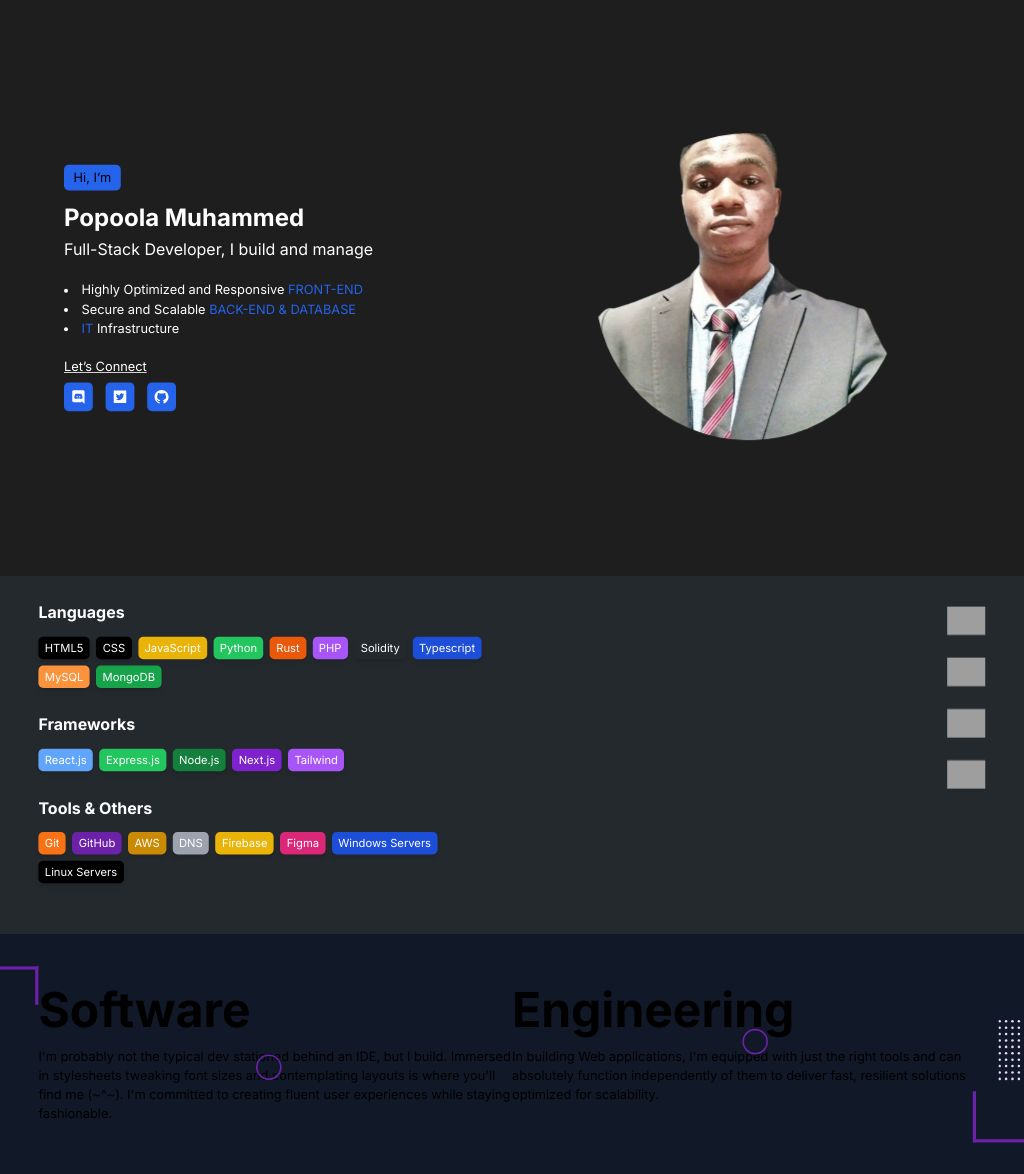
Repository: muhammedctgr/hammedctgr
Page: /
These files come from the project's save history. The page is drawn as it stood at one moment and after the next save; the edit follows.
The browser window is 1280 px wide. The pictures show the whole page, at 80% of full size.
Pictures or frames that could not be fetched are drawn as grey boxes. The project was rebuilt for these pictures with package versions that can differ from the ones it lists, and the page was loaded fresh each time. The framework's server and built-in components were replaced by stand-ins that run in the browser. Also part of the build but not shown: next.config.mjs.

Above is the page before, as saved 2024-08-04 21:33:34.

### app/layout.tsx
import type { Metadata } from "next";
import { Inter } from "next/font/google";
import "./globals.css";

const inter = Inter({ subsets: ["latin"] });

export const metadata: Metadata = {
  title: "Popoola Muhammed",
  description: "Generated by create next app",
};

export default function RootLayout({
  children,
}: Readonly<{
  children: React.ReactNode;
}>) {
  return (
    <html lang="en">
      <body className={inter.className}>{children}</body>
    </html>
  );
}

### app/page.tsx
import Head from 'next/head';
import Hero from '../components/Hero';
import SkillsSection from '@/components/SkillsSection';
import SummarySection from '@/components/SummarySection';


const Home = () => (
  <div>
    <Head>
      <title>Popoola Muhammed</title>
      <meta name="description" content="Welcome to my developer portfolio" />
    </Head>

    <Hero />
    <SkillsSection />
    <SummarySection />
  </div>
);

export default Home;

### app/globals.css
@tailwind base;
@tailwind components;
@tailwind utilities;

:root {
  --foreground-rgb: 0, 0, 0;
  --background-start-rgb: 214, 219, 220;
  --background-end-rgb: 255, 255, 255;
}

@media (prefers-color-scheme: dark) {
  :root {
    --foreground-rgb: 255, 255, 255;
    --background-start-rgb: 0, 0, 0;
    --background-end-rgb: 0, 0, 0;
  }
}

body {
  color: rgb(var(--foreground-rgb));
  background: linear-gradient(
      to bottom,
      transparent,
      rgb(var(--background-end-rgb))
    )
    rgb(var(--background-start-rgb));
}

@layer utilities {
  .text-balance {
    text-wrap: balance;
  }
}


@keyframes upDown {
  0%, 100% {
    transform: translateY(0);
  }
  50% {
    transform: translateY(-10px); /* Adjust the value as needed */
  }
}

.animate-upDown {
  animation: upDown 2s infinite ease-in-out; /* Adjust duration as needed */
}

### components/Hero.tsx
import Image from 'next/image';
import profilePic from '../public/profile.png';
import { AiFillDiscord, AiFillGithub, AiFillTwitterSquare, AiFillX } from 'react-icons/ai';

const Hero = () => {
  return (
    <section className="bg-gptGray px-4 py-8 md:px-8 lg:px-12 text-white min-h-screen flex items-center">
  <div className="container mx-auto flex flex-col md:flex-row items-center">
    <div className="flex-1 text-left p-4 md:p-8">
      <div className="inline-block bg-blue-600 text-black py-1 px-3 mb-4 rounded-md">
        Hi, I’m
      </div>
      <div className="mb-6">
        <h1 className="text-xl md:text-3xl font-bold">Popoola Muhammed</h1>
        <p className="mt-2 text-lg md:text-xl">Full-Stack Developer, I build and manage</p>
      </div>
      <ul className="mt-4 list-disc list-inside">
        <li>Highly Optimized and Responsive <span className="text-blue-600">FRONT-END</span></li>
        <li>Secure and Scalable <span className="text-blue-600">BACK-END & DATABASE</span></li>
        <li><span className="text-blue-600">IT</span> Infrastructure</li>
      </ul>
      <div className="mt-6">
        <a href="#contact" className="underline">Let’s Connect</a>
        <div className="mt-2 flex justify-start space-x-4">
          <a href="#" className="bg-blue-600 p-2 rounded-md">
            <AiFillDiscord size={20} />
          </a>
          <a href="#" className="bg-blue-600 p-2 rounded-md">
            <AiFillTwitterSquare size={20} />
          </a>
          <a href="#" className="bg-blue-600 p-2 rounded-md">
            <AiFillGithub size={20} />
          </a>
        </div>
      </div>
    </div>
    <div className="flex-1 p-4 md:p-8">
      <div className="relative w-40 h-40 md:w-72 md:h-72 lg:w-96 lg:h-96 mx-auto">
        <Image src={profilePic} alt="Popoola Muhammed" layout="fill" className="rounded-full object-cover animate-upDown" />
      </div>
    </div>
  </div>
</section>
  );
};

export default Hero;

### components/SkillsSection.tsx
import Image from 'next/image';
import { FC } from 'react';

interface SkillCategory {
  title: string;
  skills: { name: string; color: string; }[];
}

const skills: SkillCategory[] = [
  {
    title: "Languages",
    skills: [
      { name: "HTML5", color: "bg-black" },
      { name: "CSS", color: "bg-black"},
      { name: "JavaScript", color: "bg-yellow-500" },
      { name: "Python", color: "bg-green-500" },
      { name: "Rust", color: "bg-orange-600" },
      { name: "PHP", color: "bg-purple-500" },
      { name: "Solidity", color: "bg-black-500" },
      { name: "Typescript", color: "bg-blue-700" },
      { name: "MySQL", color: "bg-orange-400" },
      { name: "MongoDB", color: "bg-green-600" },
    ],
  },
  {
    title: "Frameworks",
    skills: [
      { name: "React.js", color: "bg-blue-400" },
      { name: "Express.js", color: "bg-green-500" },
      { name: "Node.js", color: "bg-green-700" },
      { name: "Next.js", color: "bg-purple-700" },
      { name: "Tailwind", color: "bg-purple-500" },
    ],
  },
  {
    title: "Tools & Others",
    skills: [
      { name: "Git", color: "bg-orange-500" },
      { name: "GitHub", color: "bg-purple-800" },
      { name: "AWS", color: "bg-yellow-600" },
      { name: "DNS", color: "bg-gray-400" },
      { name: "Firebase", color: "bg-yellow-500" },
      { name: "Figma", color: "bg-pink-600" },
      { name: "Windows Servers", color: "bg-blue-700" },
      { name: "Linux Servers", color: "bg-black" },
    ],
  },
];

const icons = [
  "/icons/html5.svg", // Replace with your icon paths
  "/icons/css3.svg",
  "/icons/javascript.svg",
  "/icons/python.svg",
  // Add the rest of the icons as needed
];

const SkillsSection: FC = () => {
  return (
    <section className="px-4 py-8 md:px-8 lg:px-12 bg-githubGray text-white">
  <div className="container mx-auto flex flex-col md:flex-row items-start">
    <div className="flex-1 mb-8 md:mb-0">
      {skills.map((category) => (
        <div key={category.title} className="mb-8">
          <h2 className="text-lg md:text-xl font-bold mb-4">{category.title}</h2>
          <div className="flex flex-wrap gap-2">
            {category.skills.map((skill) => (
              <span
                key={skill.name}
                className={`px-2 py-1 rounded-md text-sm ${skill.color} shadow-md`}
              >
                {skill.name}
              </span>
            ))}
          </div>
        </div>
      ))}
    </div>
    <div className="flex-1 flex flex-col items-center md:items-end">
      <div className="grid grid-cols-3 md:grid-cols-1 gap-4">
        {icons.map((src, index) => (
          <div key={index} className="w-10 h-10 md:w-12 md:h-12 relative">
            <Image src={src} alt={`icon-${index}`} layout="fill" objectFit="contain" />
          </div>
        ))}
      </div>
    </div>
  </div>
</section>
  );
};

export default SkillsSection;

### components/SummarySection.tsx
import { FC } from 'react';

const SummarySection: FC = () => {
  return (
<section className="px-4 py-16 md:px-8 lg:px-12 bg-gray-900 relative overflow-hidden">
  <div className="container mx-auto flex flex-col md:flex-row justify-between items-start">
    <div className="md:w-1/2 mb-8 md:mb-0">
      <div className="mb-4">
        <span className="text-4xl md:text-6xl font-bold">Software</span>
      </div>
      <p className="text-sm md:text-base">
        I'm probably not the typical dev stationed behind an IDE, but I build. Immersed in stylesheets tweaking font sizes and contemplating layouts is where you'll find me (~^~). I'm committed to creating fluent user experiences while staying fashionable.
      </p>
    </div>
    <div className="md:w-1/2 md:mt-0">
      <div className="mb-4">
        <span className="text-4xl md:text-6xl font-bold">Engineering</span>
      </div>
      <p className="text-sm md:text-base">
        In building Web applications, I'm equipped with just the right tools and can absolutely function independently of them to deliver fast, resilient solutions optimized for scalability.
      </p>
    </div>
  </div>

  {/* Decorative Elements */}
  <div className="absolute top-10 left-0 w-8 h-8 md:w-12 md:h-12 border-t-4 border-r-4 border-purple-800"></div>
  <div className="absolute top-1/2 left-1/4 w-6 h-6 md:w-8 md:h-8 border-2 border-purple-800 rounded-full"></div>
  <div className="absolute bottom-10 right-0 w-12 h-12 md:w-16 md:h-16 border-b-4 border-l-4 border-purple-800"></div>
  <div className="absolute bottom-1/2 right-1/4 w-6 h-6 md:w-8 md:h-8 border-2 border-purple-800 rounded-full"></div>
  <div className="absolute top-1/4 right-0 transform translate-x-4 translate-y-4 md:translate-x-12 md:translate-y-8">
    <svg className="fill-current text-purple-200" width="80" height="80" viewBox="0 0 100 100">
      {/* SVG circles */}
      {[...Array(10)].map((_, row) => (
        <g key={row} transform={`translate(0, ${row * 10})`}>
          {[...Array(10)].map((_, col) => (
            <circle key={col} cx={col * 10 + 2} cy="2" r="2" />
          ))}
        </g>
      ))}
    </svg>
  </div>
</section>
  );
};

export default SummarySection;

### tailwind.config.ts
import type { Config } from "tailwindcss";

const config: Config = {
  content: [
    "./pages/**/*.{js,ts,jsx,tsx,mdx}",
    "./components/**/*.{js,ts,jsx,tsx,mdx}",
    "./app/**/*.{js,ts,jsx,tsx,mdx}",
  ],
  theme: {
    extend: {
      backgroundImage: {
        "gradient-radial": "radial-gradient(var(--tw-gradient-stops))",
        "gradient-conic":
          "conic-gradient(from 180deg at 50% 50%, var(--tw-gradient-stops))",
      },
      colors: {
        githubGray: '#24292e',
        gptGray: '#1e1e1e' // Define the exact color
      },
    },
  },
  plugins: [],
};
export default config;

After the next save:
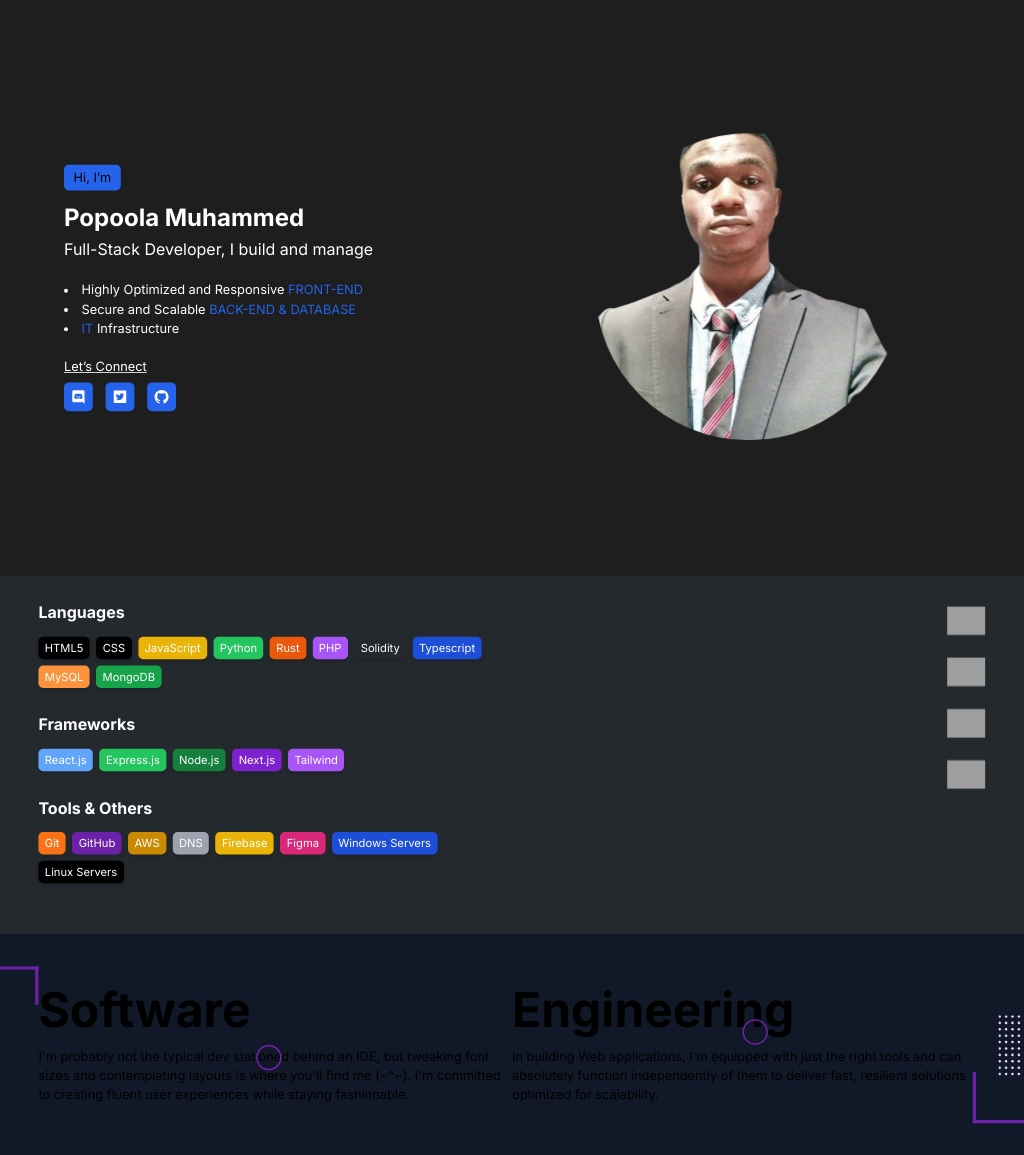
Saved 45 s later.
--- a/components/SummarySection.tsx
+++ b/components/SummarySection.tsx
@@ -9,7 +9,7 @@ const SummarySection: FC = () => {
         <span className="text-4xl md:text-6xl font-bold">Software</span>
       </div>
       <p className="text-sm md:text-base">
-        I'm probably not the typical dev stationed behind an IDE, but I build. Immersed in stylesheets tweaking font sizes and contemplating layouts is where you'll find me (~^~). I'm committed to creating fluent user experiences while staying fashionable.
+        I'm probably not the typical dev stationed behind an IDE, but  tweaking font sizes and contemplating layouts is where you'll find me (~^~). I'm committed to creating fluent user experiences while staying fashionable.
       </p>
     </div>
     <div className="md:w-1/2 md:mt-0">
